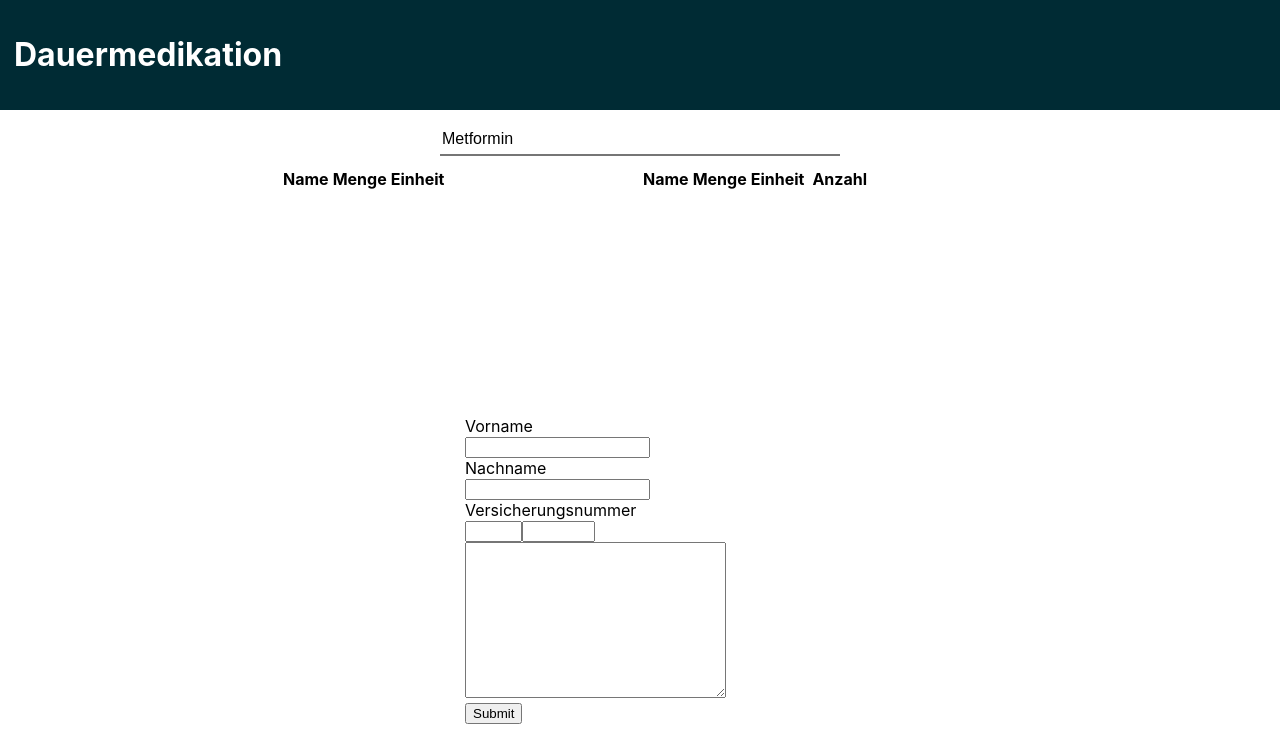
Repository: Esatollah/MedDemo
Page: / (app in client/)
The author's editor kept a copy of each file at every save. The page is drawn from the files as they stood at one save, then again after the next save.
The browser window is 1280 px wide. The pictures show the whole page.
The page's requests for data from a server got no answer. The project was rebuilt for these pictures with package versions that can differ from the ones it lists, and the page was loaded fresh each time. No one was signed in, and anything a server would have sent is missing. Also part of the build but not shown: client/src/Routes/Bestellungen.jsx.

Above is the page before, as saved 2022-06-10 15:59:57.

### client/src/App.js
import SearchBar from './Routes/Search';
import {BrowserRouter, Routes, Route} from 'react-router-dom'
import Bestellungen from './Routes/Bestellungen';
import ReactModal from 'react-modal';

ReactModal.setAppElement('#root')

function App() {
  return (
    <BrowserRouter>
    <Routes>
      <Route path='/' element={<div><SearchBar/></div>}/>
      <Route path='/bestellungen' element={<div><Bestellungen/></div>}/>
    </Routes>
    </BrowserRouter>
  );
}

export default App;

### client/src/Routes/Search.jsx
import React, { useState, useEffect } from 'react'
import DrugAPI from '../api/DrugAPI';
import Form from '../components/Form';
import Navbar from '../components/Navbar';
import { SearchWrap } from '../Styles/SearchStyles';


const Search = () => {

  const [searchinput, setSearchinput] = useState("Metformin");
  const [drugs, setDrugs] = useState([]);
  const [cartitems, setCartitems] = useState([]);

  useEffect(() => {
    const fetchData = async () => {
      try {
        const result = await DrugAPI.get(`/?drugsearch=${searchinput}`)
        setDrugs(result.data.meds)
      } catch (err) {
        console.error(err);
      }
    }

    fetchData();

  }, [searchinput])

  const handleDrugClick = (e, x) => {
    const is_in_cart = cartitems.some(y => {
      if (y.id === x.id) {
        return true;
      }

      return false;
    })

    if (is_in_cart) {
      return
    }
    let temp = { ...x, anzahl: "1" }
    setCartitems([...cartitems, temp]);
  }

  const handleDelete = (e, x, index) => {
    let temp = [...cartitems]

    temp.splice(index, 1);

    setCartitems(temp);
  }

  const handleCountchange = (e, x, index) => {
    let temps = [...cartitems]
    let temp = {
      ...temps[index],
      anzahl: e.target.value
    }
    temps[index] = temp
    setCartitems(temps);

  }


  return (
    <>
      <Navbar />
        <SearchWrap>

          <input type="search" placeholder="Suche" id="search" value={searchinput} onChange={e => setSearchinput(e.target.value)} />
          <div className='search-container'>
            <div className='table-container'>
              <table className='drugtable'>
                <thead>
                  <tr>
                    <th scope='col'>
                      Name
                    </th>
                    <th scope='col'>Menge</th>
                    <th scope='col'>Einheit</th>
                    <th scope='col'></th>
                  </tr>
                </thead>
                <tbody>
                  {drugs && drugs.map((x) => {
                    return (
                      <tr key={x.id} className="drug-row" >
                        <td className={x.name}>{x.name}</td>
                        <td>{x.menge}</td>
                        <td>{x.mengenart}</td>
                        <td><button onClick={(e) => { handleDrugClick(e, x) }}>+</ button></td>
                      </tr>
                    )
                  })}
                </tbody>

              </table>
            </div>

            <div className='cart-container'>
              <table>
                <thead>
                  <tr>
                    <th scope='col'>
                      Name
                    </th>
                    <th scope='col'>Menge</th>
                    <th scope='col'>Einheit</th>
                    <th scope='col'></th>
                    <th scope='col'>Anzahl</th>
                  </tr>
                </thead>
                <tbody>
                  {cartitems && cartitems.map((x, index) => {
                    if (x.abgabezahl) {
                      return (
                        <tr key={index} className="drug-row" >
                          <td>{x.name}</td>
                          <td>{x.menge}</td>
                          <td>{x.mengenart}</td>
                          <td><button onClick={(e) => handleDelete(e, x, index)}>-</button></td>
                          <td><select onChange={(e) => { handleCountchange(e, x, index) }}><option value="1">1</option><option value="2">2</option></select></td>
                        </tr>
                      )
                    }
                    return (
                      <tr key={index} className="drug-row" >
                        <td>{x.name}</td>
                        <td>{x.menge}</td>
                        <td>{x.mengenart}</td>
                        <td><button onClick={(e) => handleDelete(e, x, index)}>-</button></td>
                        <td>1</td>
                      </tr>
                    )
                  })}
                </tbody>
              </ table>
            </div>
          </div>
        </SearchWrap>

      <Form cartitems={cartitems} setCartitems={setCartitems} />
    </>
  )
}

export default Search

### client/src/api/DrugAPI.js
import axios from 'axios'

export default axios.create({
    baseURL: "http://localhost:5000/api"
})

### client/src/components/Form.jsx
import React, {useState}from 'react'
import DrugAPI from '../api/DrugAPI'
import { FormWrap } from '../Styles/FormStyles';
const Form = props => {

    const [fname, setFname] = useState('');
    const [lname, setLname] = useState('');
    const [vpin, setVpin] = useState('');
    const [vbday, setVbday] = useState('');
    const [anmerkungen, setAnmerkungen] = useState('');

    const handleSubmit = (e) => {

        e.preventDefault();
        const formdata = {
            fname,
            lname,
            vpin,
            vbday,
            anmerkungen
        }

        const fetchData = async () =>{
            try {
            await DrugAPI.post("/", {drugs:{...props.cartitems}, ...formdata})
            } catch (error) {
                console.error(error);
            }
    }

    fetchData();

    setFname('');setLname('');setVpin('');setVbday('');setAnmerkungen('');
    props.setCartitems([]);

}


  return (
    <FormWrap>
        <form onSubmit={(e) =>handleSubmit(e)}>
            <label htmlFor="fname">Vorname</label><br />
            <input type="text" value={fname} id="fname" name="fname" onChange={(e)=> setFname(e.target.value)}required/><br/>
            <label htmlFor="lname">Nachname</label><br />
            <input type="text" id="lname" value={lname} onChange={(e) => setLname(e.target.value)}name="lname" required /><br/>
            <label htmlFor="pin">Versicherungsnummer  </label> <br/>
            <input type="text" id="pin" value={vpin} onChange={(e) => setVpin(e.target.value)} name="pin" size="4" minLength="4"maxLength="4" required/>
            <input type="text" id="bday" value={vbday} onChange={(e) => setVbday(e.target.value)} name="bday" size="6" minLength={6} maxLength={6} required/> <br/>
            <textarea value={anmerkungen} onChange={(e) => setAnmerkungen(e.target.value)} name="message" rows="10" cols="30" className='textarea'>
            </textarea> <br/>
            <input type="submit" value="Submit" ></input><br />
        </form>
    </FormWrap>

  )
}

export default Form

### client/src/components/Navbar.jsx
import React from 'react'
import { NavWrap } from '../Styles/NavbarStyles'
const Navbar = () => {
  return (
    <NavWrap>
        <h1>Dauermedikation</h1>
    </NavWrap>
  )
}

export default Navbar

### client/src/Styles/SearchStyles.js
import styled from 'styled-components';

export const SearchWrap = styled.div`

    display: flex;
    flex-direction: column;
    align-items: center;
             margin: auto;

    @media(min-width: 1000px) {
             width: 1000px;

         }

    #search {
    width:50%;
    height: 2rem;
    outline:none;
    border-top: hidden;
    border-right: hidden;
    border-left: hidden;
    font-size: 1rem;@media(min-width: 1000px) {
             width: 40%;
         }
    margin-bottom: 10px;
}

.table-container {
    max-height: 200px;
    max-width: 80%;
    overflow-y: auto;
}


.drug-row:hover {
    background-color: beige;
}

.drugtable tbody tr {
border: 1px;
}

.search-container {
    width: 90%;

    @media(min-width: 1000px) {
        display:flex;
        flex-direction: row;
        justify-content: center;
    }

    .table-container {
        width :100%;
        height: 250px;
        display:flex;
         @media(min-width: 1000px) {
             width: 40%;
             display:flex;
             height: 400px;
         }
    }

    .cart-container {
        width: 100%;
        display:flex;
        @media(min-width: 1000px) {
             width: 40%;
             display:flex;
         }
    }
}

td {
    padding:5px;
}

`;

### client/src/Styles/FormStyles.js
import styled from 'styled-components';

export const FormWrap = styled.div`
    display:flex;
    margin:auto;
    max-width:350px;
    margin-top: 40px;
    padding:10px;
`;

### client/src/Styles/NavbarStyles.js
import styled from "styled-components"

export const NavWrap = styled.div`
    width:100%;
    padding: 14px 0;
    background-color: #002b34;
    margin-bottom: 14px;
    h1 {
        margin-left: 14px;
        color: #fff
    }
`;

Loaded but not shown: client/public/index.html (common file); client/src/index.js (common file); client/src/index.css (common file)

After the next save:
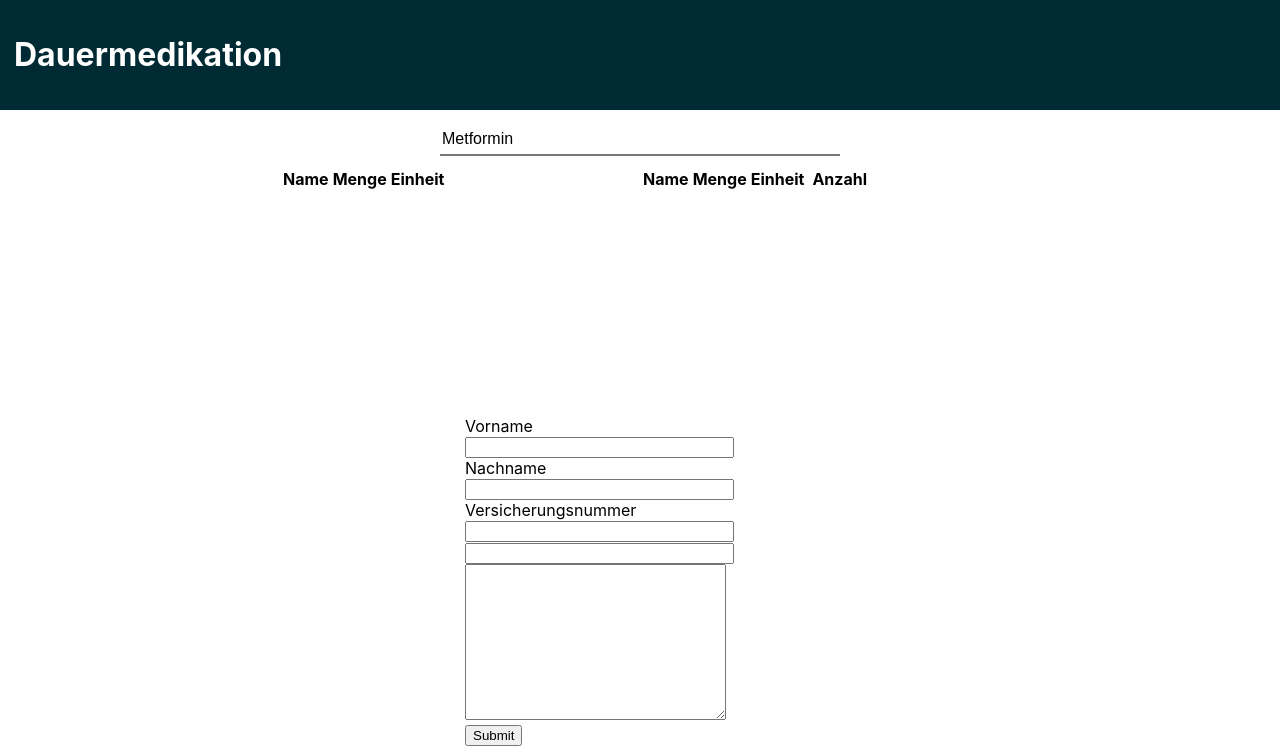
Saved 110 s later.
--- a/client/src/Styles/FormStyles.js
+++ b/client/src/Styles/FormStyles.js
@@ -6,4 +6,9 @@ export const FormWrap = styled.div`
     max-width:350px;
     margin-top: 40px;
     padding:10px;
+
+    input[type=text] {
+        display:inline-block;
+        width: 100%;
+    }
 `;
